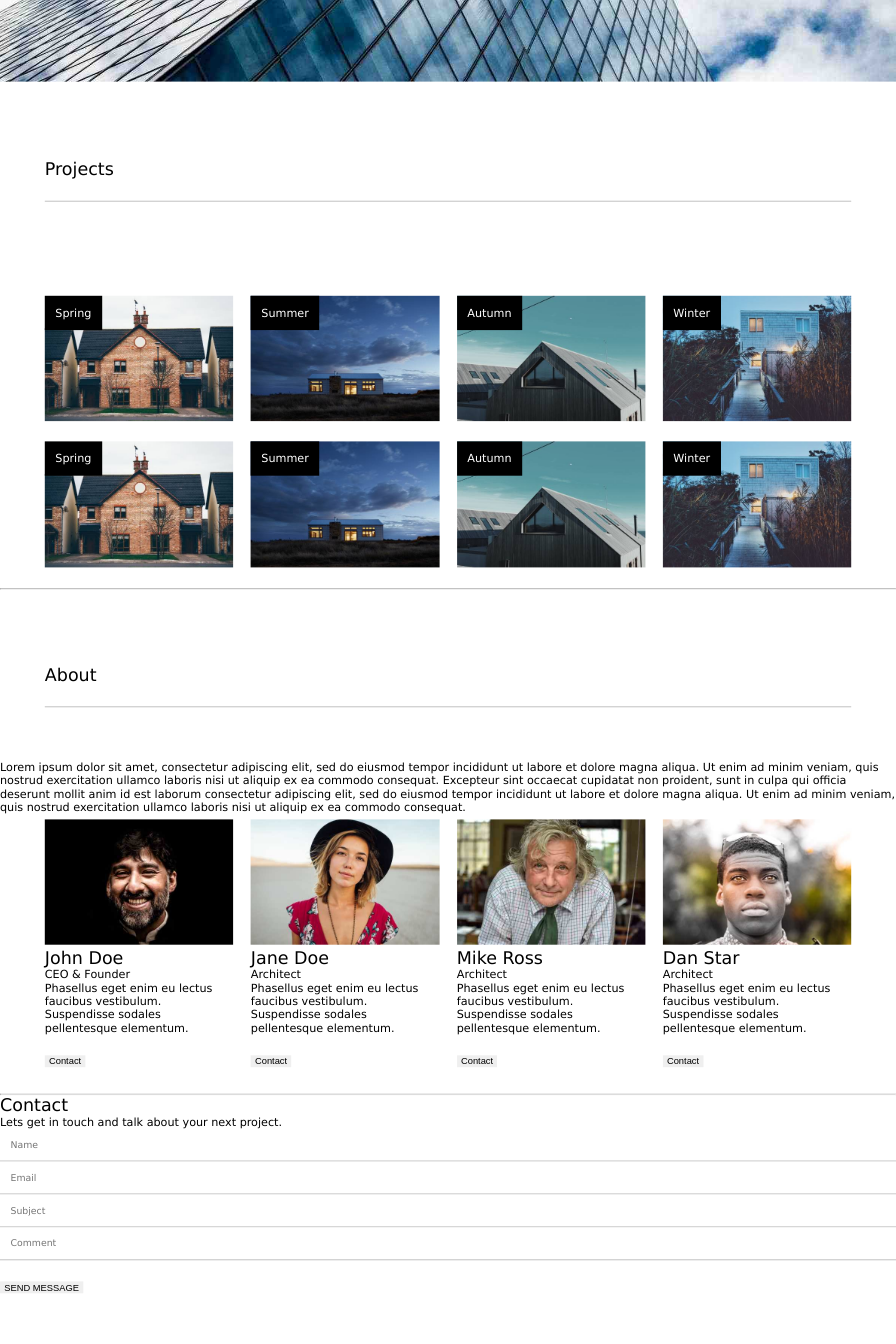
Repository: hesshess/clonecoding-assignment
Page: 2-ba-architects/template2.html
These files come from the project's save history. The page is drawn as it stood at one moment and after the next save; the edit follows.
The browser window is 1280 px wide. The pictures show the part of the page from y = 532 to 2452 px (the page is 3636 px tall), at 70% of full size.

Above is the page before, as saved 2022-03-15 20:09:34.

### 2-ba-architects/template2.html
<!DOCTYPE html>
<html>
  <head>
    <title>이젠-풀스택-클론코딩2</title>
    <meta charset="UTF-8" />
    <meta name="viewport" content="width=device-width, initial-scale=1" />
    <link rel="stylesheet" href="template2.css" />
  </head>
  <body>
    <!-- Navbar (sit on top) -->
    <nav id="navbar">
      <div class="navbar__logo">
        <a href="#home" class="bar-item"><b>BR</b> Architects</a>
      </div>
      <!-- Right-sided navbar links. Hide them on small screens -->
      <div class="navbar__menu">
        <a href="#projects" class="bar-item">Projects</a>
        <a href="#about" class="bar-item">About</a>
        <a href="#contact" class="bar-item">Contact</a>
      </div>
    </nav>

    <header id="home">
      <img src="./img/architect.jpg" alt="Architect" style=/>
      <h1><span class="br">BR</span><span class="arc">Architects</span></h1>
    </header>

    <content>
      <!-- About Section -->
      <section id="projects">
        <div class="title-box">
          <h3>Projects</h3>
        </div>
        <div class="list-box">
          <div class="houses">
            <img src="./img/house2.jpg" alt="house" />
            <div class="house__name">Spring</div>
          </div>
          <div class="houses">
            <img src="./img/house3.jpg" alt="house" />
            <div class="house__name">Summer</div>
          </div>
          <div class="houses">
            <img src="./img/house4.jpg" alt="house" />
            <div class="house__name">Autumn</div>
          </div>
          <div class="houses">
            <img src="./img/house5.jpg" alt="house" />
            <div class="house__name">Winter</div>
          </div>
          <div class="houses">
            <img src="./img/house2.jpg" alt="house" />
            <div class="house__name">Spring</div>
          </div>
          <div class="houses">
            <img src="./img/house3.jpg" alt="house" />
            <div class="house__name">Summer</div>
          </div>
          <div class="houses">
            <img src="./img/house4.jpg" alt="house" />
            <div class="house__name">Autumn</div>
          </div>
          <div class="houses">
            <img src="./img/house5.jpg" alt="house" />
            <div class="house__name">Winter</div>
          </div>
        </div>
      </section>

      <hr />

      <!-- Menu Section -->
      <section id="about">
        <div class="title-box">
          <h3>About</h3>
        </div>
        <p>
          Lorem ipsum dolor sit amet, consectetur adipiscing elit, sed do
          eiusmod tempor incididunt ut labore et dolore magna aliqua. Ut enim ad
          minim veniam, quis nostrud exercitation ullamco laboris nisi ut
          aliquip ex ea commodo consequat. Excepteur sint occaecat cupidatat non
          proident, sunt in culpa qui officia deserunt mollit anim id est
          laborum consectetur adipiscing elit, sed do eiusmod tempor incididunt
          ut labore et dolore magna aliqua. Ut enim ad minim veniam, quis
          nostrud exercitation ullamco laboris nisi ut aliquip ex ea commodo
          consequat.
        </p>
        <div class="team-box">
          <div class="team-mem">
            <img src="./img/team2.jpg" alt="John" />
            <h3>John Doe</h3>
            <p>CEO & Founder</p>
            <p>
              Phasellus eget enim eu lectus faucibus vestibulum. Suspendisse
              sodales pellentesque elementum.
            </p>
            <p><button>Contact</button></p>
          </div>
          <div class="team-mem">
            <img src="./img/team1.jpg" alt="Jane" />
            <h3>Jane Doe</h3>
            <p>Architect</p>
            <p>
              Phasellus eget enim eu lectus faucibus vestibulum. Suspendisse
              sodales pellentesque elementum.
            </p>
            <p><button>Contact</button></p>
          </div>
          <div class="team-mem">
            <img src="./img/team3.jpg" alt="Mike" />
            <h3>Mike Ross</h3>
            <p>Architect</p>
            <p>
              Phasellus eget enim eu lectus faucibus vestibulum. Suspendisse
              sodales pellentesque elementum.
            </p>
            <p><button>Contact</button></p>
          </div>
          <div class="team-mem">
            <img src="./img/team4.jpg" alt="Dan" />
            <h3>Dan Star</h3>
            <p>Architect</p>
            <p>
              Phasellus eget enim eu lectus faucibus vestibulum. Suspendisse
              sodales pellentesque elementum.
            </p>
            <p><button>Contact</button></p>
          </div>
        </div>
      </section>

      <hr />

      <!-- Contact Section -->
      <section id="contact">
        <h3>Contact</h3>
        <p>Lets get in touch and talk about your next project.</p>
        <form>
          <input type="text" placeholder="Name" required name="Name" />
          <input type="text" placeholder="Email" required name="Email" />
          <input type="text" placeholder="Subject" required name="Subject" />
          <input type="text" placeholder="Comment" required name="Comment" />
          <button type="submit"><i></i> SEND MESSAGE</button>
        </form>
      </section>
      <section class="map">
        <img src="./img/map.jpg" />
      </section>

      <!-- End page content -->
    </content>
    <!-- Footer -->
    <footer>
      <p>
        Powered by
        <a
          href="https://www.w3schools.com/w3css/default.asp"
          title="W3.CSS"
          target="_blank"
          class="w3-hover-text-green"
          >w3.css</a
        >
      </p>
    </footer>
  </body>
</html>

### 2-ba-architects/template2.css
* {
  margin: 0;
  box-sizing: border-box;
}

body {
  width: 100%;
  height: 100%;
  font-family: Verdana, sans-serif;
}

h1 {
  font-size: 40px;
}
h2 {
  font-size: 30px;
}
h3 {
  font-size: 25px;
  font-weight: 100;
}
h4 {
  font-size: 20px;
}
h5 {
  font-size: 15px;
}
h6 {
  font-size: 10px;
}
img {
  max-width: 100%;
}

#navbar {
  width: 100%;
  height: 3%;
  background-color: white;
  display: flex;
  justify-content: space-between;
  align-items: center;
  position: fixed;
  letter-spacing: 5px;
  box-shadow: 0px 2px 6px grey;
  z-index: 3;
  padding: 30px;
}
.navbar__logo {
  padding: 0;
}
.navbar__menu {
  width: 26%;
  display: flex;
  justify-content: space-around;
  padding-right: 20px;
}
a {
  padding: 10px;
  text-decoration: none;
  color: black;
}
a:hover {
  background-color: lightgray;
  border-radius: 1px;
}

header {
  position: relative;
  display: block;
}
header > img {
  width: 100%;
  height: 90vh;
}
header span {
  padding: 10px 20px;
}
header span.br {
  padding: 10px 20px;
  background: black;
}

header h1 {
  position: absolute;
  top: 50%;
  left: 50%;
  transform: translate(-50%, -50%);
  color: white;
  opacity: 0.8;
}

input {
  border: none;
  width: 100%;
  padding: 15px;
  font-family: inherit;
  border-bottom: 2px solid lightgray;
}
button {
  border: none;
  margin: 30px 0;
}

footer {
  display: flex;
  width: 100%;
  height: 100px;
  justify-content: center;
  align-items: center;
  background: #f1f1f1;
}
section {
  height: 100vh;
  display: flex;
  flex-direction: column;
}
div.title-box {
  display: flex;
  align-items: center;
  width: 100vw;
  height: 20vh;
  margin: 50px 0px;
}
div.title-box h3 {
  margin: auto;
  width: 90%;
  padding: 30px 0;
  border-bottom: 2px solid lightgray;
}
div.list-box {
  margin: auto;
  width: 90%;
  display: grid;
  gap: 25px;
  height: 50vh;
  grid-template:
    'box box box box' 1fr
    'box box box box' 1fr / 1fr 1fr 1fr 1fr;
}

div.houses {
  position: relative;
}
div.house__name {
  position: absolute;
  top: 0;
  bottom: 0;
  padding: 15px;
  color: white;
  background-color: black;
  height: fit-content;
}

div.team-box {
  margin: auto;
  width: 90%;
  display: grid;
  gap: 25px;
  grid-template: 'box box box box' 1fr / 1fr 1fr 1fr 1fr;
}

After the next save:
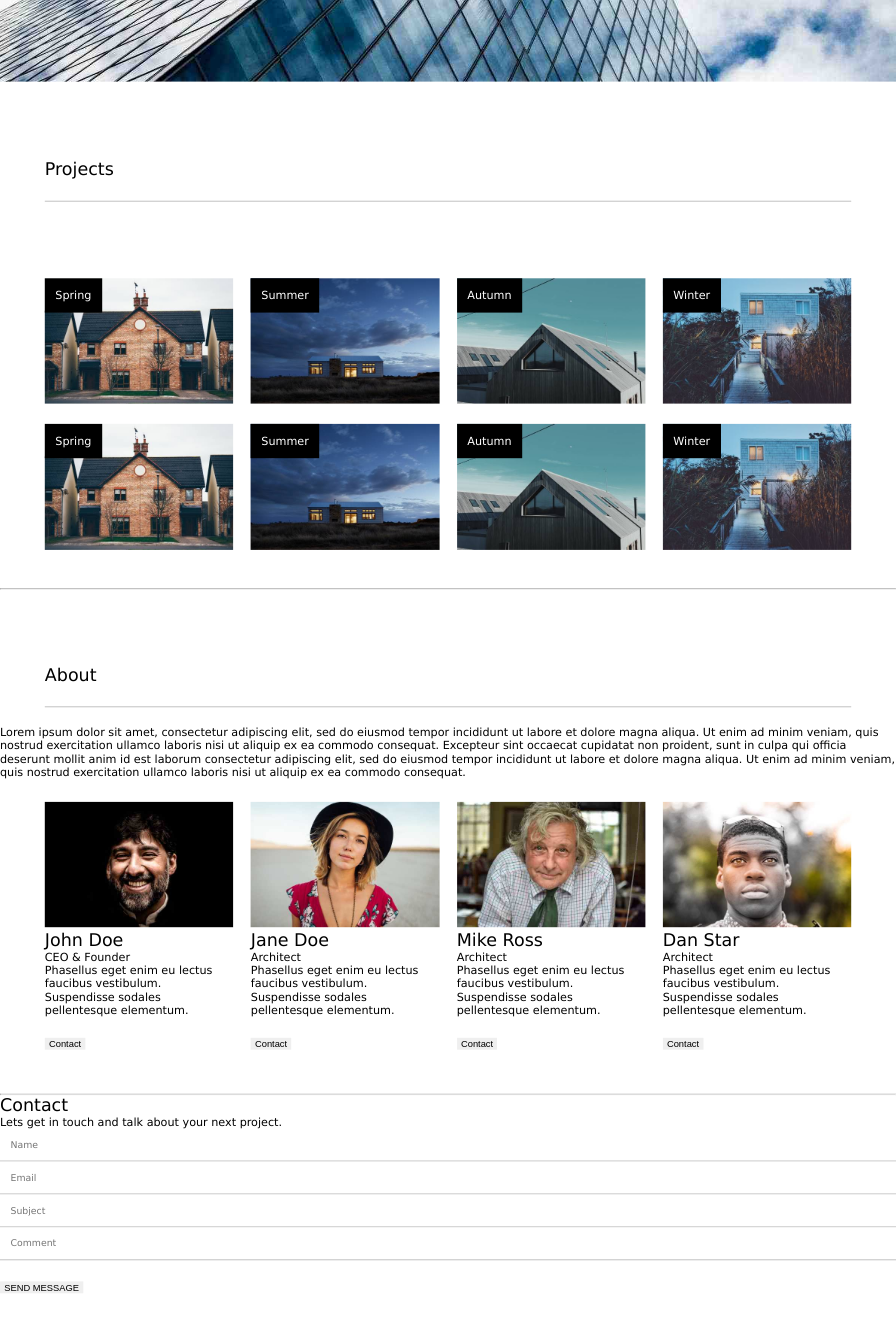
Saved 60 s later.
--- a/2-ba-architects/template2.css
+++ b/2-ba-architects/template2.css
@@ -119,7 +119,7 @@ div.title-box {
   align-items: center;
   width: 100vw;
   height: 20vh;
-  margin: 50px 0px;
+  margin-top: 50px;
 }
 div.title-box h3 {
   margin: auto;
